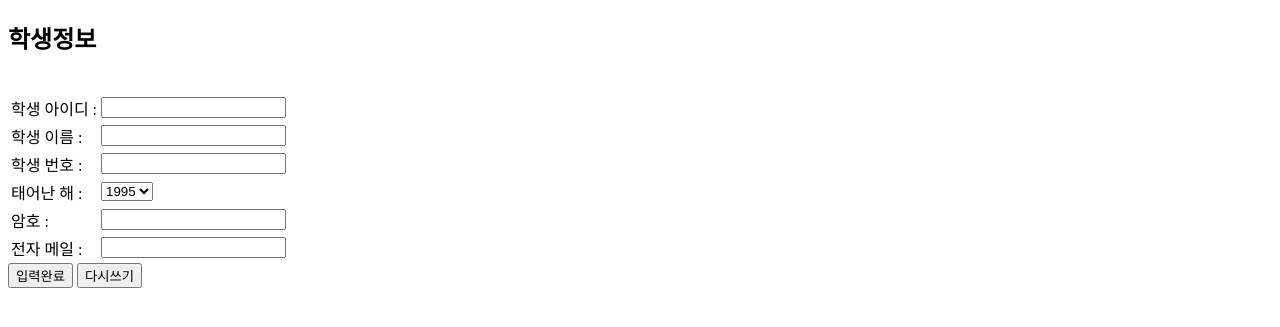
Repository: sunyeongan/Univ_lecture
Page: WebSever_2022/work/week12/week12/src/main/webapp/form2.html
An editor plug-in stored every save of this project. The page is shown before and after the next save, followed by the edit.
The browser window is 1280 px wide. The pictures show the whole page.

Above is the page before, as saved 2022-05-17 02:48:21.

### WebSever_2022/work/week12/week12/src/main/webapp/form2.html
<!DOCTYPE html>
<html>
<head>
<meta http-equiv="Content-Type" content="text/html;charset=EUC-KR">
<title>학생 </title>
</head>
<body>
	<h2> 학생정보 </h2>
	<form method = post action = form2.jsp>
	<table>
	<tr><td>학생 아이디 : </td> <td><input type = text name = id ></td></tr>
	<tr><td>학생 이름  : </td> <td><input type = text name = sname></td></tr>
	<tr><td>학생 번호 : </td> <td><input type = text name = call></td></tr>
	<tr><td>태어난 해 : </td> <td><select>
				<option>1995</option>
				<option>1996</option>
			</select></td></tr>
	<tr><td>암호 : </td> <td><input type = password name = pw></td></tr>
	<tr><td>전자 메일 : </td> <td><input type = "text" name = mail></td><br>

	</table>
	<input type="submit" value = "입력완료">
	<input type="submit" value = "다시쓰기">

	</form>


</body>
</html>

After the next save:
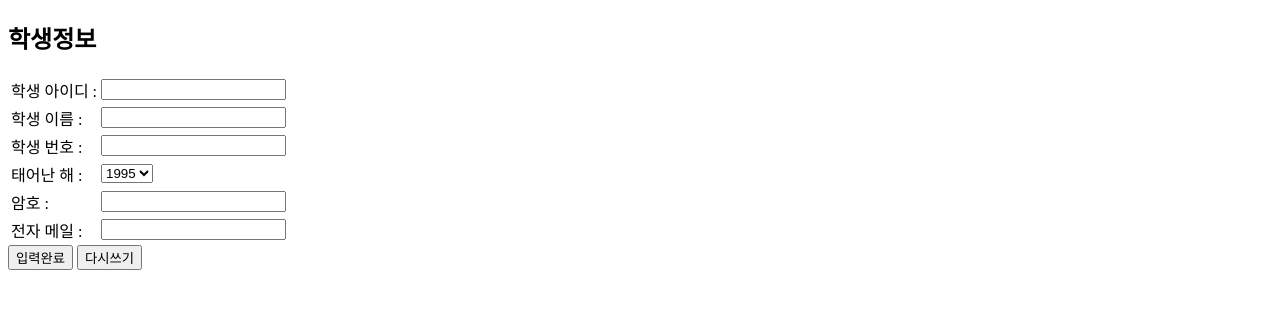
Saved 9 s later.
--- a/WebSever_2022/work/week12/week12/src/main/webapp/form2.html
+++ b/WebSever_2022/work/week12/week12/src/main/webapp/form2.html
@@ -16,7 +16,7 @@
 				<option>1996</option>
 			</select></td></tr>
 	<tr><td>암호 : </td> <td><input type = password name = pw></td></tr>
-	<tr><td>전자 메일 : </td> <td><input type = "text" name = mail></td><br>
+	<tr><td>전자 메일 : </td> <td><input type = "text" name = mail></td></tr>
 
 	</table>
 	<input type="submit" value = "입력완료">
